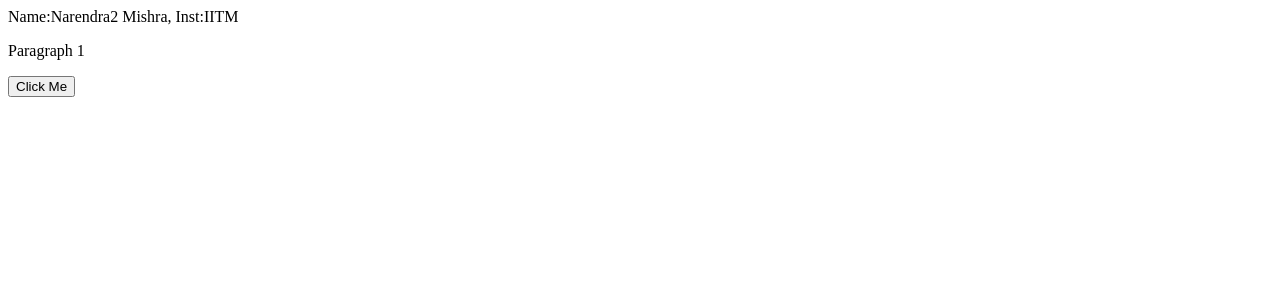
Repository: narendraiitm/sept23-live-sessions
Page: vue-basic/index.html
An editor plug-in stored every save of this project. The page is shown before and after the next save, followed by the edit.
The browser window is 1280 px wide. The pictures show the whole page.

Above is the page before, as saved 2023-10-17 21:37:57.

### vue-basic/index.html
<!DOCTYPE html>
<html lang="en">
  <head>
    <meta charset="UTF-8" />
    <meta http-equiv="X-UA-Compatible" content="IE=edge" />
    <meta name="viewport" content="width=device-width, initial-scale=1.0" />
    <title>Document</title>
  </head>
  <body>
    <div id="app">{{name}}</div>
  </body>
  <script src="https://cdn.jsdelivr.net/npm/vue@2/dist/vue.js"></script>
  <script src="./app.js"></script>
</html>

### vue-basic/app.js
new Vue({
  // options object
  el: '#app',
  template: `<div>
  Name:{{fullName}}, Inst:{{inst}}
  <p v-if='hide'>Paragraph 1</p>
  <button v-on:click='sayHello'>Click Me</button>
  </div>`,
  data: {
    firstName: 'Narendra2',
    lastName: 'Mishra',
    inst: 'IITM',
    hide: true,
    fruits: ['mango', 'banana'],
  },
  methods: {
    sayHello() {
      alert('Hello from method')
    },
  },
  computed: {
    fullName() {
      return this.firstName + ' ' + this.lastName
    },
  },
  watch: {
    firstName(newVal) {
      alert(newVal)
    },
    lastName(newVal, oldVal) {
      alert(newVal)
      alert(oldVal)
    },
  },
})

After the next save:
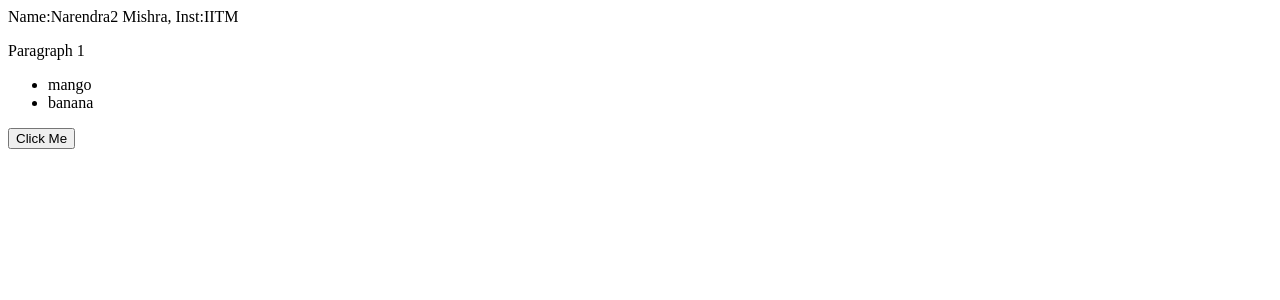
Saved 74 s later.
--- a/vue-basic/app.js
+++ b/vue-basic/app.js
@@ -4,6 +4,9 @@ new Vue({
   template: `<div>
   Name:{{fullName}}, Inst:{{inst}}
   <p v-if='hide'>Paragraph 1</p>
+  <ul>
+   <li v-for="fruit in fruits">{{fruit}}</li>
+  </ul>
   <button v-on:click='sayHello'>Click Me</button>
   </div>`,
   data: {
